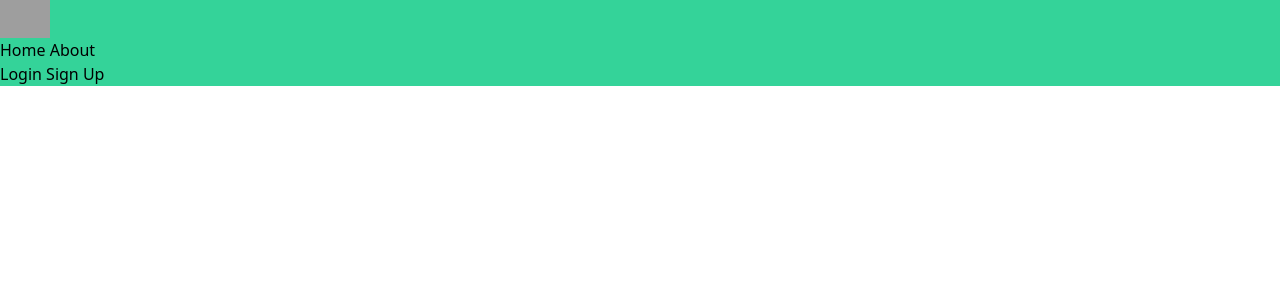
Repository: DaNiels89/tailwind-stawberries
Page: index.html
The author's editor kept a copy of each file at every save. The page is drawn from the files as they stood at one save, then again after the next save.
The browser window is 1280 px wide. The pictures show the whole page.
Pictures or frames that could not be fetched are drawn as grey boxes.

Above is the page before, as saved 2020-08-24 13:19:07.

After the next save:
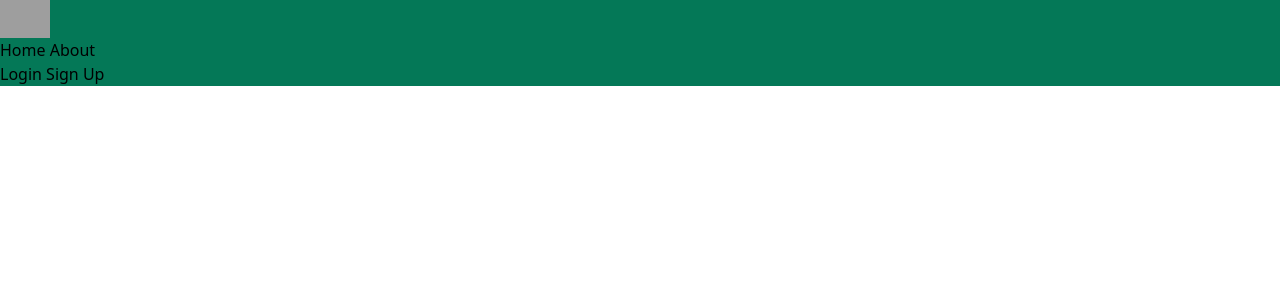
Saved 14 s later.
--- a/index.html
+++ b/index.html
@@ -10,7 +10,7 @@
     />
   </head>
   <body>
-    <header class="bg-green-400">
+    <header class="bg-green-700">
       <nav class="">
         <div>
           <img
